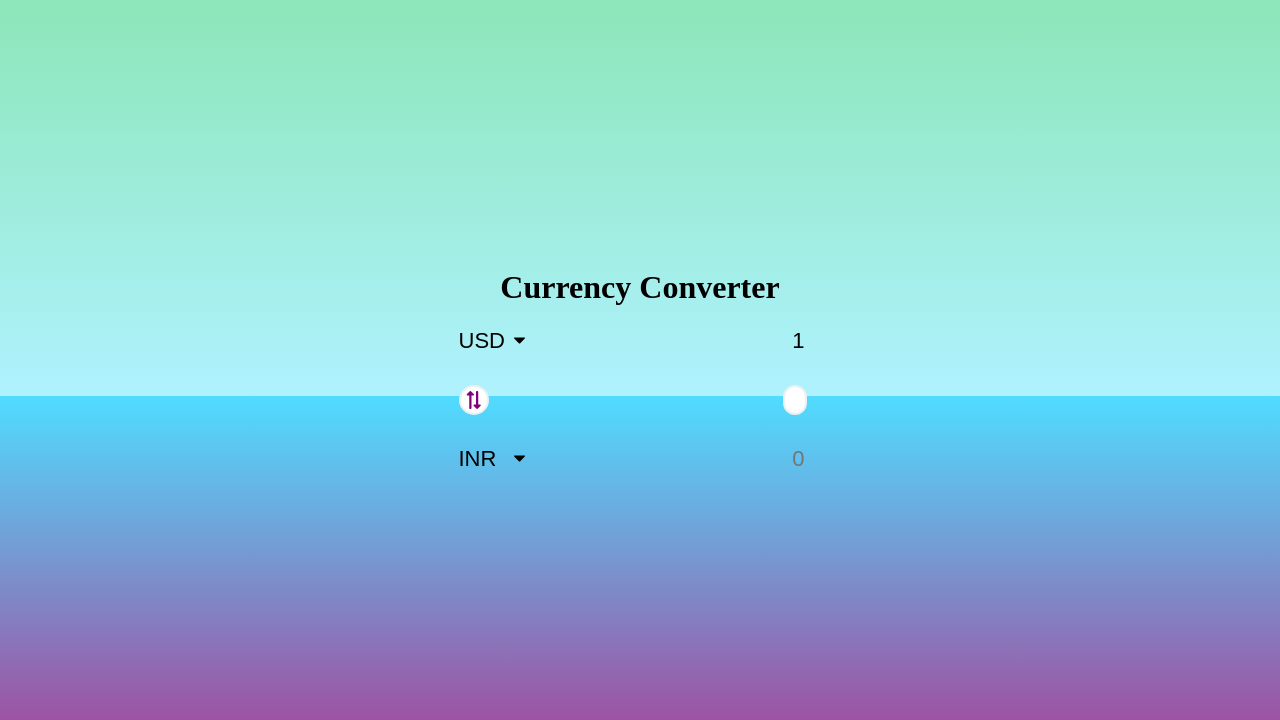
Repository: Sp4ngl3r/Currency-Converter
Page: currency.html
These files come from the project's save history. The page is drawn as it stood at one moment and after the next save; the edit follows.
The browser window is 1280 px wide. The pictures show the whole page.
The page's requests for data from a server got no answer. Some web fonts or font styles are not loaded; a fallback is used. Some web libraries are served in a nearby version.

Above is the page before, as saved 2020-04-19 09:07:29.

After the next save:
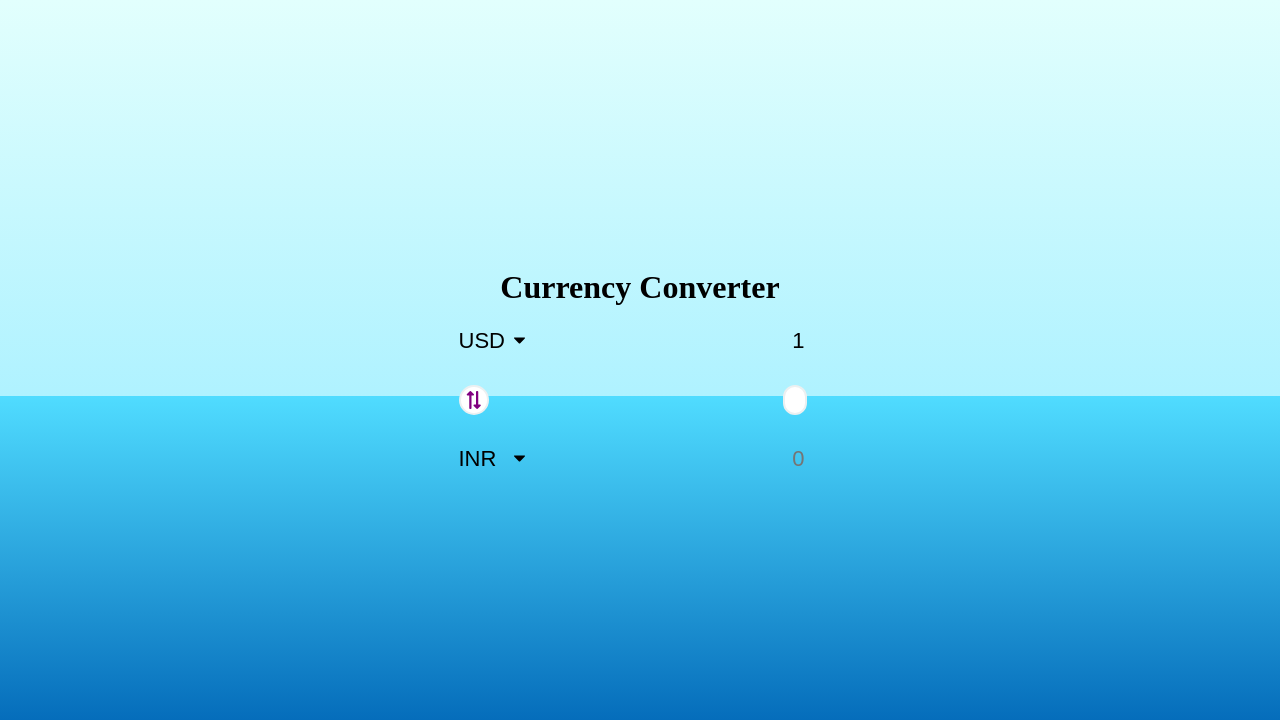
Saved 20 s later.
--- a/currency.css
+++ b/currency.css
@@ -5,10 +5,10 @@
 body {
   background: linear-gradient(
     to bottom,
-    #8ce6b8 0%,
+    #e2fffd 0%,
     #aff2ff 55%,
     #50dcff 55%,
-    #9d53a3 100%
+    #056dbb 100%
   );
   font-family: "Muli", fantasy;
   display: flex;
